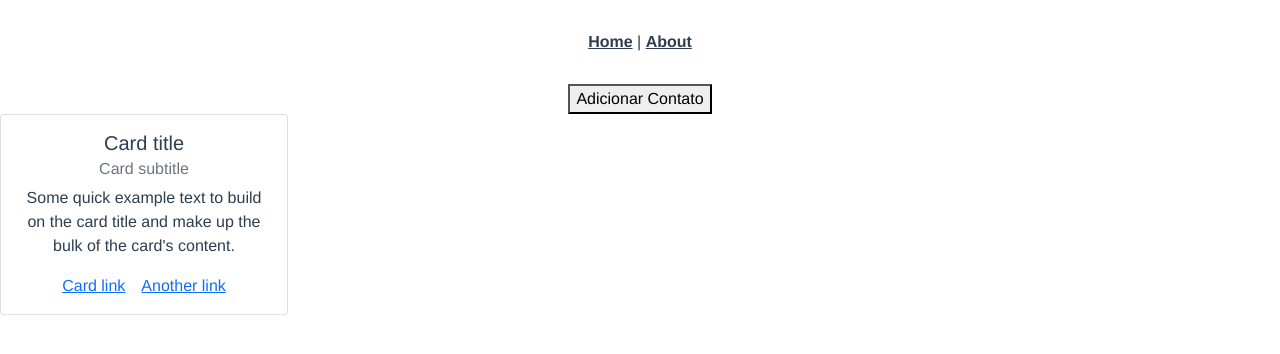
Repository: caiomitsuo/ContactsVueJs
Page: /lista
These files come from the project's save history. The page is drawn as it stood at one moment and after the next save; the edit follows.
The browser window is 1280 px wide. The pictures show the whole page.
The page's requests for data from a server got no answer. The project was rebuilt for these pictures with package versions that can differ from the ones it lists, and the page was loaded fresh each time. No one was signed in, and anything a server would have sent is missing. Also part of the build but not shown: vue.config.js, src/components/HelloWorld.vue, src/views/HomeView.vue.

Above is the page before, as saved 2022-04-30 12:18:24.

### src/main.js
import Vue from 'vue'
import App from './App.vue'
import router from './router'
import store from './store'
import { BootstrapVue, IconsPlugin } from 'bootstrap-vue'
import './plugins/axios'

// Import Bootstrap and BootstrapVue CSS files (order is important)
import 'bootstrap/dist/css/bootstrap.css'
import 'bootstrap-vue/dist/bootstrap-vue.css'

// Make BootstrapVue available throughout your project
Vue.use(BootstrapVue)
// Optionally install the BootstrapVue icon components plugin
Vue.use(IconsPlugin)

Vue.config.productionTip = false

new Vue({
  router,
  store,
  render: h => h(App)
}).$mount('#app')

### src/App.vue
<template>
  <div id="app">
    <nav>
      <router-link to="/">Home</router-link> |
      <router-link to="/about">About</router-link>
    </nav>
    <router-view/>
  </div>
</template>
<script>
export default ({
  created() {
    this.$http.get('/ping').then((response) => {
      console.log(response)
    })
  },
})
</script>
<style>
#app {
  font-family: Avenir, Helvetica, Arial, sans-serif;
  -webkit-font-smoothing: antialiased;
  -moz-osx-font-smoothing: grayscale;
  text-align: center;
  color: #2c3e50;
}

nav {
  padding: 30px;
}

nav a {
  font-weight: bold;
  color: #2c3e50;
}

nav a.router-link-exact-active {
  color: #42b983;
}
</style>

### src/router/index.js
import Vue from 'vue'
import VueRouter from 'vue-router'
import HomeView from '../views/HomeView.vue'
import ListView from '../views/ListView.vue'
Vue.use(VueRouter)

const routes = [
  {
    path: '/',
    name: 'home',
    component: HomeView
  },
  {
    path: '/about',
    name: 'about',
    // route level code-splitting
    // this generates a separate chunk (about.[hash].js) for this route
    // which is lazy-loaded when the route is visited.
    component: () => import(/* webpackChunkName: "about" */ '../views/AboutView.vue')
  },
  {
    path: '/lista',
    name: 'lista',
    component:ListView
  }
]

const router = new VueRouter({
  mode: 'history',
  base: process.env.BASE_URL,
  routes
})

export default router

### src/plugins/axios.js
import Vue from 'vue'
import axios from 'axios'

axios.defaults.baseURL = 'http://127.0.0.1:8000/api/'

Vue.use({
    install(Vue){
        Vue.prototype.$http = axios
    }
})

### src/views/ListView.vue
<template>
<div>
    <div>
        <button>Adicionar Contato</button>
        <div class="card" style="width: 18rem;">
  <div class="card-body">
    <h5 class="card-title">Card title</h5>
    <h6 class="card-subtitle mb-2 text-muted">Card subtitle</h6>
    <p class="card-text">Some quick example text to build on the card title and make up the bulk of the card's content.</p>
    <a href="#" class="card-link">Card link</a>
    <a href="#" class="card-link">Another link</a>
  </div>
</div>
    </div>
</div>
</template>

<script>
export default {};
</script>

<style lang="scss" scoped>
</style>

Loaded but not shown: public/index.html (common file); src/store/index.js (common file)

After the next save:
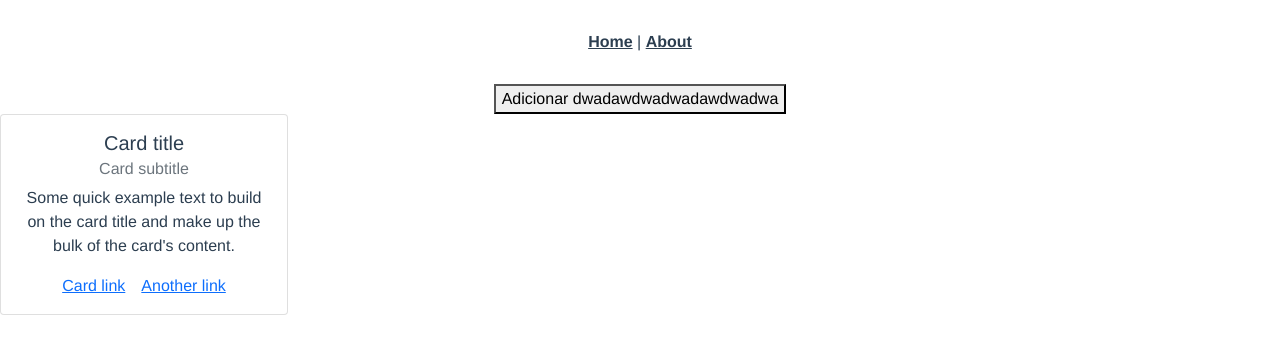
Saved 37 s later.
--- a/src/views/ListView.vue
+++ b/src/views/ListView.vue
@@ -1,7 +1,7 @@
 <template>
 <div>
     <div>
-        <button>Adicionar Contato</button>
+        <button>Adicionar dwadawdwadwadawdwadwa</button>
         <div class="card" style="width: 18rem;">
   <div class="card-body">
     <h5 class="card-title">Card title</h5>
